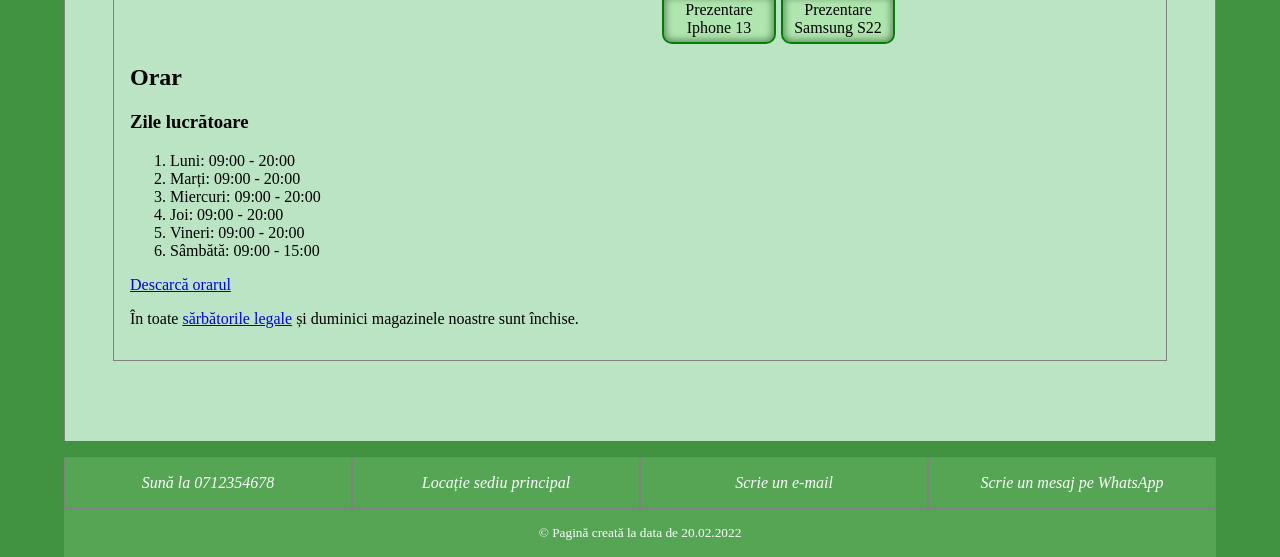
Repository: alexbanilean/Proiect-TW---ElectroHub
Page: index.html
The author's editor kept a copy of each file at every save. The page is drawn from the files as they stood at one save, then again after the next save.
The browser window is 1280 px wide. The pictures show the part of the page from y = 3438 to 4027 px (the page is 3995 px tall before and 4027 px after).

Above is the page before, as saved 2022-03-06 19:16:17.

After the next save:
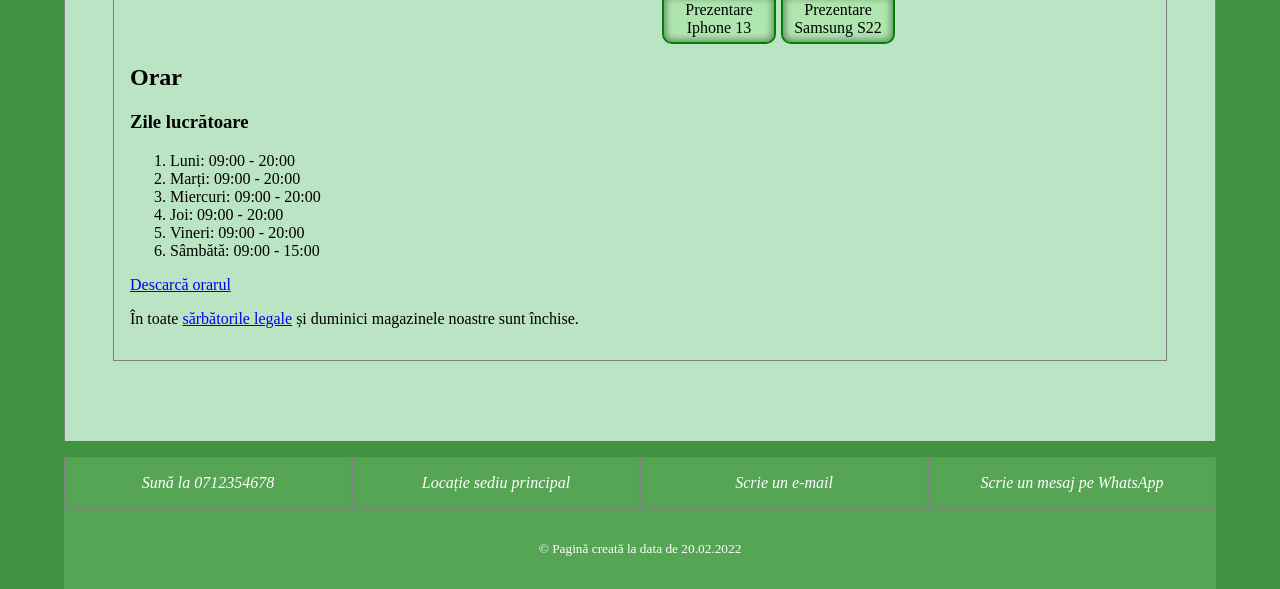
Saved 17 s later.
--- a/resurse/css/general.css
+++ b/resurse/css/general.css
@@ -136,7 +136,7 @@ footer>.copyright-info{
     justify-content: center;
     align-items: center;
     margin: 0;
-    padding: 1rem;
+    padding: 2rem;
 }
 
 /* Iframe + taburi */
